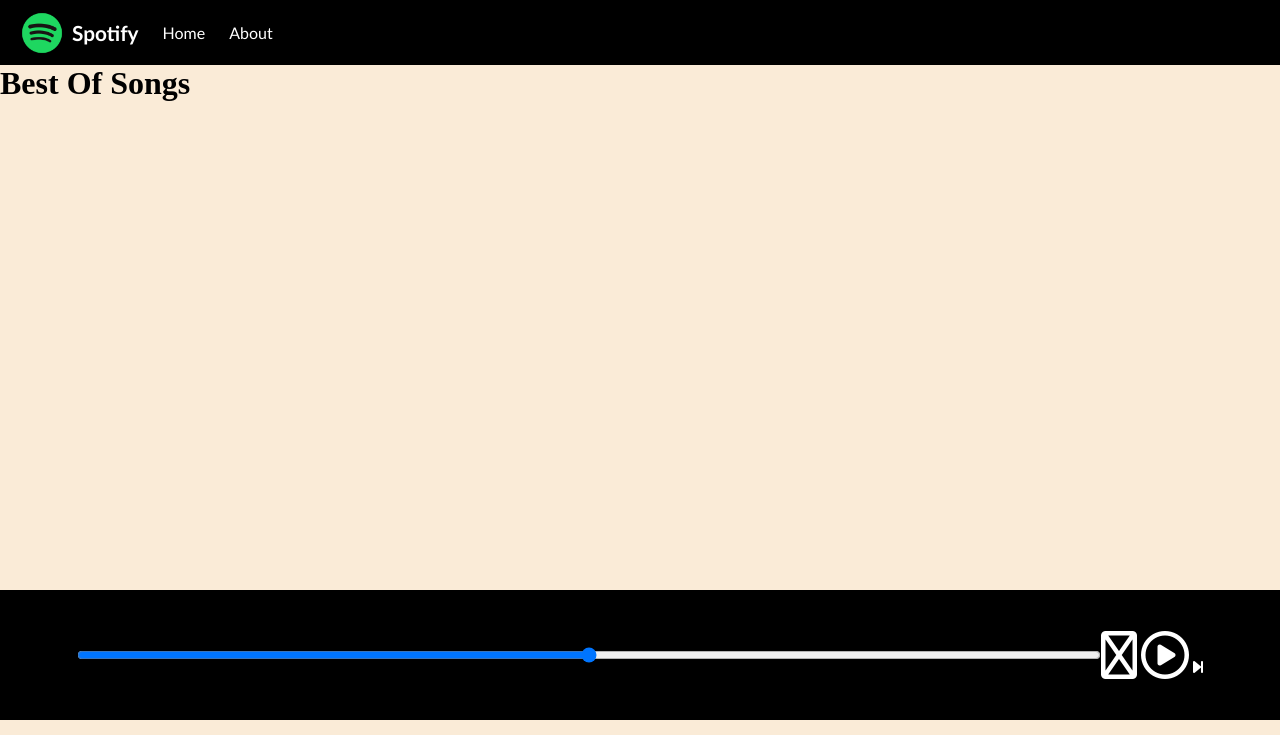
Repository: Chiranshukapil/Spotify-Project
Page: index.html
An editor plug-in stored every save of this project. The page is shown before and after the next save, followed by the edit.
The browser window is 1280 px wide. The pictures show the whole page.
Some web libraries are served in a nearby version.

Above is the page before, as saved 2024-06-17 20:37:53.

### index.html
<!DOCTYPE html>
<html lang="en">
<head>
    <meta charset="UTF-8">
    <meta name="viewport" content="width=device-width, initial-scale=1.0">
    <title>Spotify</title>
    <link rel="stylesheet" href="style.css">
</head>
<body>
    <nav>
        <ul>
            <li class="brand" ><img src="Files/logo.png" alt="spotify">Spotify</li>
            <li>Home</li>
            <li>About</li>
        </ul>
    </nav>

    <div class="container">
       <div class="songlist">
        <h1>Best Of Songs</h1>
       </div>
    </div>
    <div class="bottom">
        <input type="range" name="range" id="myprogressbar" min="0" max="100">
        <div class="icons">
            <i class="far fa-3x fa-backward-step"></i>
            <i class="far fa-3x  fa-circle-play"></i>
            <i class="fa-solid fa-forward-step"></i>
        </div>
    </div>

    <script src="https://kit.fontawesome.com/d4c1d0ed5a.js" crossorigin="anonymous"></script>
    <script src="script.js"></script>
</body>
</html>

### style.css
*{
    margin: 0;
    padding: 0;
}

html,body{
    /* height: 100%; */
    background-color:antiquewhite;
}

nav{
    /* height: 6.5%; */
    font-family: 'Gill Sans', 'Gill Sans MT', Calibri, 'Trebuchet MS', sans-serif;

}
nav ul{
    display: flex;
    align-items: center;
    list-style-type: none;
    background-color: black;
    height: 65px;
    color: white;
}

nav ul li{
    padding: 0 12px;
}

.brand img{
    height: 44px;
    padding: 8px;
}

.brand{
    display: flex;
    align-items: center;
    font-weight: bolder;
    font-size: 1.3rem;
}

.container{
    min-height: 75vh;
}

.bottom{
    position: sticky;
    background-color: black;
    height: 130px;
    color: white;
    bottom: 0;
    display: flex;
    justify-content: center;
    align-items: center;
}

#myprogressbar{
    width: 80vw;
}

Loaded but not shown: script.js (no copy from this time; the picture is the same without it)

After the next save:
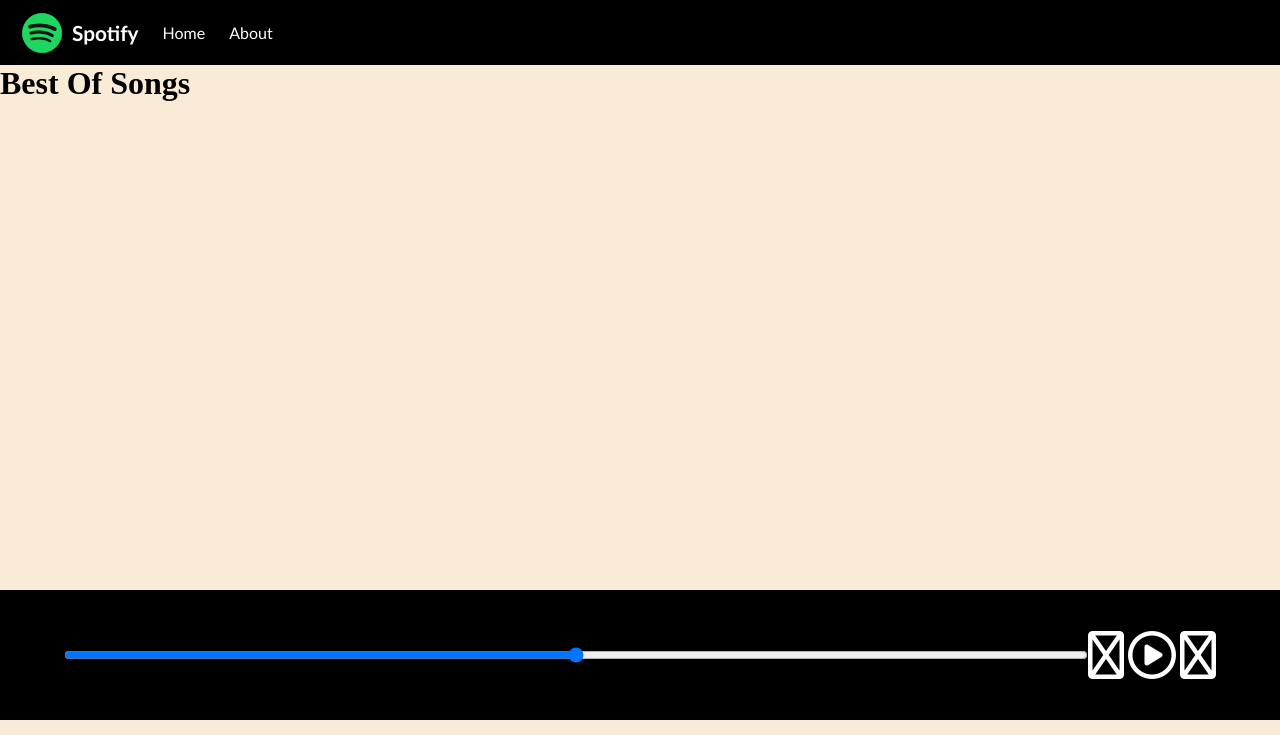
Saved 5 s later.
--- a/index.html
+++ b/index.html
@@ -25,7 +25,7 @@
         <div class="icons">
             <i class="far fa-3x fa-backward-step"></i>
             <i class="far fa-3x  fa-circle-play"></i>
-            <i class="fa-solid fa-forward-step"></i>
+            <i class="far fa-3x fa-forward-step"></i>
         </div>
     </div>
 
